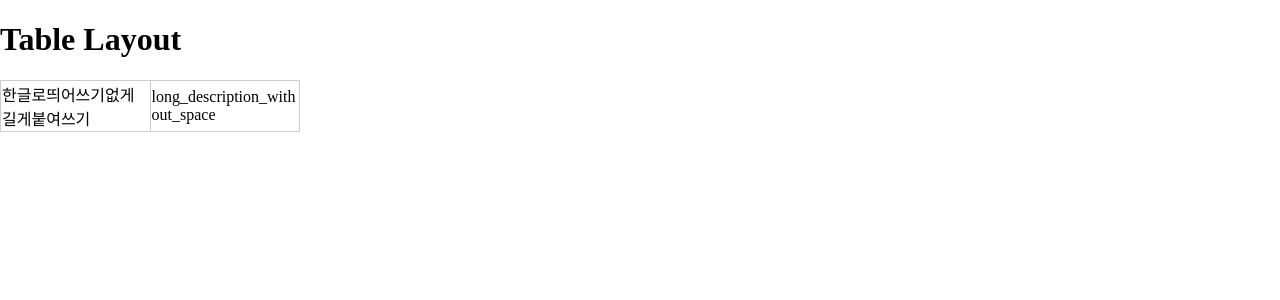
Repository: b1996om/HTML-CSS_study
Page: pro07/public/table-layout.html
These files come from the project's save history. The page is drawn as it stood at one moment and after the next save; the edit follows.
The browser window is 1280 px wide. The pictures show the whole page.

Above is the page before, as saved 2022-12-07 02:57:54.

### pro07/public/table-layout.html
<!DOCTYPE html>
<html lang="ko">
<head>
	<meta charset="utf-8">
	<title>표 스타일</title>
	<style>
		body {
			margin:0;
			padding:0;
			font-family: 'Jeju Hallasan', cursive;
		}
		table, td {
			border:1px solid #ccc;
		}
		.table1 {
			border-collapse:collapse;
			width:300px;
			table-layout:fixed;
			word-break:break-all;
			height:auto;
		}
		.table td {
			width:150px;
			border:1px solid black;
			padding:5px;
		}
	</style>
</head>
<body>
	<h1>Table Layout</h1>
	<table class="table1">
		<tr>
			<td>
				한글로띄어쓰기없게길게붙여쓰기
			</td>
			<td>
				long_description_without_space
			</td>
		</tr>
	</table>
</body>
</html>

After the next save:
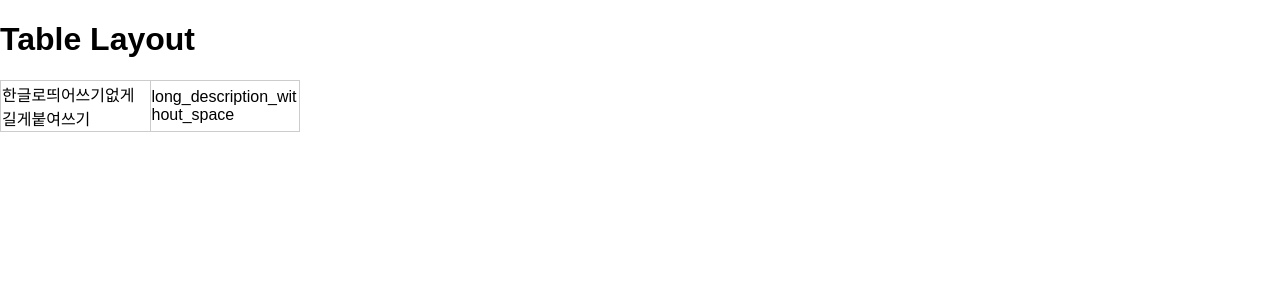
Saved 12 s later.
--- a/pro07/public/table-layout.html
+++ b/pro07/public/table-layout.html
@@ -7,7 +7,7 @@
 		body {
 			margin:0;
 			padding:0;
-			font-family: 'Jeju Hallasan', cursive;
+			font-family: 'Jeju Gothic', sans-serif;
 		}
 		table, td {
 			border:1px solid #ccc;
